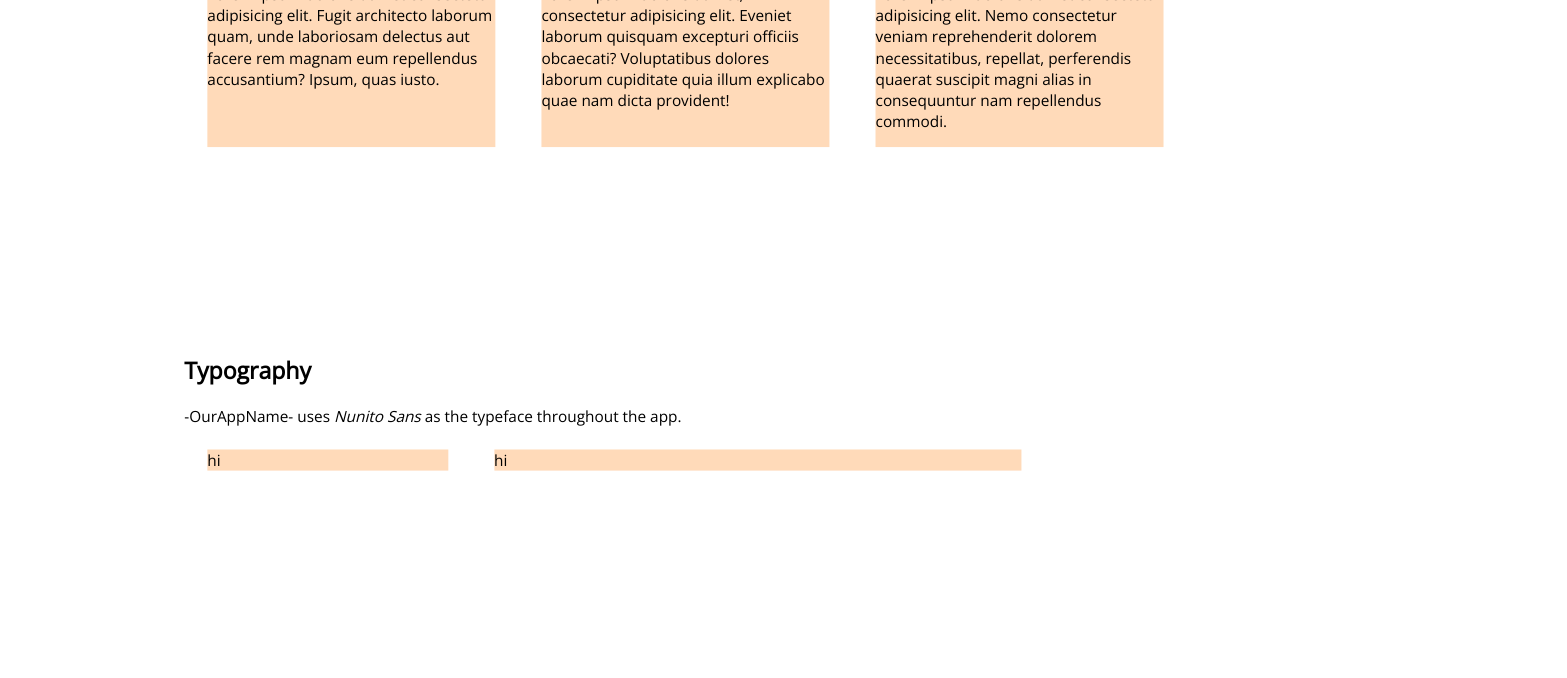
Repository: seohyun9672/Timearth-A6Styleguide
Page: page2.html
The author's editor kept a copy of each file at every save. The page is drawn from the files as they stood at one save, then again after the next save.
The browser window is 1280 px wide. The page is 1632 px wide, so the pictures cover 1632 px, including what lies to the right of the window. The pictures show the part of the page from y = 1470 to 2198 px (the page is 2176 px tall before and 2198 px after), at 96% of full size.

Above is the page before, as saved 2022-03-19 17:11:49.

### page2.html
<!DOCTYPE html>
<html lang="en">

<head>
    <meta charset="UTF-8">
    <meta http-equiv="X-UA-Compatible" content="IE=edge">
    <meta name="viewport" content="width=device-width, initial-scale=1.0">
    <title>Document</title>
    <link rel="stylesheet" href="stylesheet.css">
</head>

<body>
    <ul class="navbar">
        <li><a href="/page1.html">App Name</a></li>
        <div class="navbar-active">
            <li><a href="/page1.html">Logo</a></li>
            <li><a href="/page2.html">Colour & Typography</a></li>
            <li><a href="/page3.html">Imagery & Graphics</a></li>
            <li><a href="/ref.html">Reference</a></li>
        </div>
    </ul>
    <section class="color-palette page2">
        <h1>Color Palette</h1>
        <img class="palette" src="https://placekitten.com/1440/100">
    <div>
        <h2>Description of colour palette</h2>
        <p>Lorem ipsum dolor sit amet, consectetur adipisicing elit. Culpa neque mollitia quae asperiores ad odit vitae iste minima totam harum distinctio qui beatae ea ut et adipisci, excepturi at iusto reprehenderit reiciendis fugit fuga nisi. Eligendi ut magni adipisci nulla architecto reprehenderit? Nemo eos accusamus optio nobis distinctio veritatis eius.</p>
    </div>
    <div></div>
    <div class="col-2">
        <div class="col">
            <img src="https://placekitten.com/200/600">
        </div>
        <div class="col">hi</div>
    </div>
    <div class="row col-3">
        <div class="col">
          <img src="https://placekitten.com/300/200">
          <p>Lorem ipsum dolor sit amet consectetur adipisicing elit. Fugit architecto laborum quam, unde laboriosam delectus aut facere rem magnam eum repellendus accusantium? Ipsum, quas iusto.</p>
        </div>
        <div class="col">
            <img src="https://placekitten.com/300/200">
            <p>Lorem ipsum dolor sit amet, consectetur adipisicing elit. Eveniet laborum quisquam excepturi officiis obcaecati? Voluptatibus dolores laborum cupiditate quia illum explicabo quae nam dicta provident!</p>
        </div>
        <div class="col">
            <img src="https://placekitten.com/300/200">
            <p>Lorem ipsum dolor sit amet consectetur adipisicing elit. Nemo consectetur veniam reprehenderit dolorem necessitatibus, repellat, perferendis quaerat suscipit magni alias in consequuntur nam repellendus commodi.</p>
        </div>
    </div>
</section>
    <section class="typo page2">
        <h1>Typography</h1>
        <div>
            -OurAppName- uses <em>Nunito Sans</em> as the typeface throughout the app.
        </div>
        <div class="col-2">
            <div class="col">hi</div>
            <div class="col">hi</div>
        </div>
    </section>
</body>
</html>

### stylesheet.css
@import url('https://fonts.googleapis.com/css2?family=Nunito+Sans&family=Open+Sans&display=swap');

body{
    margin: 0;
    font-family: 'open sans', san-serif;
  }

/* NAVBAR */

ul {
  list-style-type: none;
  margin: 0;
  padding: 0;
  overflow: hidden;
  background-color: #333;
}

li {
  float: left;
}

li a {
  display: block;
  color: white;
  text-align: center;
  padding: 14px 16px;
  text-decoration: none;
}

li a:hover {
  background-color: #111;
}

.navbar-active{
    float: right;
}

/* LOGO */

.section-logo {
    display: flex;
    flex-direction: column;
    justify-content: flex-start;
    align-items: center;
}

.logo-description {
    display: flex;
}
.logo-variation {
    display: flex;
    justify-content: space-evenly;
}

.logo-colourpalette {
    display: flex;
    width: 100%;
    justify-content: space-between;
}

.section-cont {
    width: 940px;
}
.colour-cont {
    display: flex;
    flex-direction: column;
}
.colour-name {
    font-weight: bold;
}

.logo-typography {
    display: flex;
}

.logo-usage {
    display: flex;
    flex-direction: column;
}

.logo-usage-desc {
    display: flex;
}

.section-cont colour {
    display: flex;
}

/* page 2 */
.page2 {
    margin:12em;
}
.col-3 {
    display:grid;
    grid-template-columns: 1fr 1fr 1fr;
}
.col-2 {
    display:grid;
    grid-template-columns: 1fr 2fr;
}
.col {
    background-color:peachpuff;
    margin:1.5em;
}

After the next save:
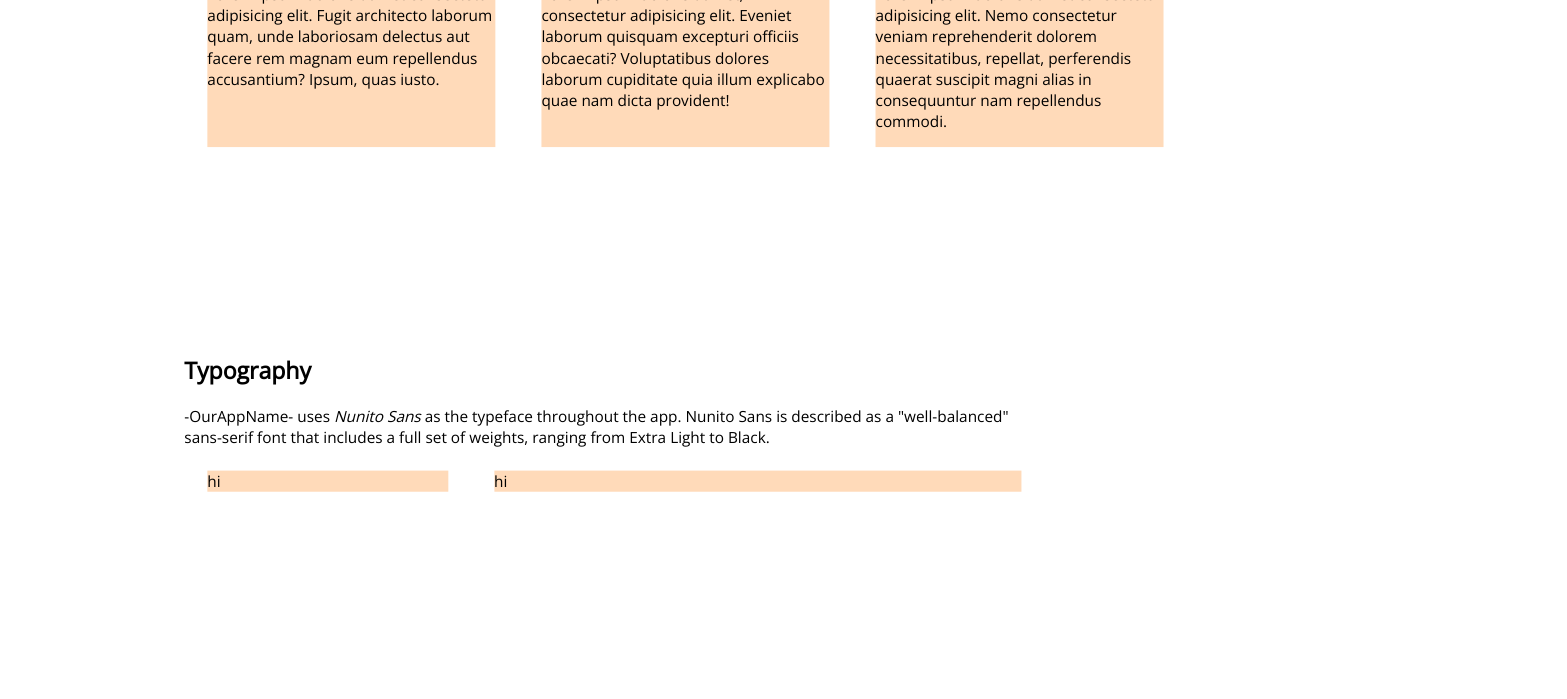
Saved 2 min 44 s later.
--- a/page2.html
+++ b/page2.html
@@ -1,62 +1,82 @@
 <!DOCTYPE html>
 <html lang="en">
+  <head>
+    <meta charset="UTF-8" />
+    <meta http-equiv="X-UA-Compatible" content="IE=edge" />
+    <meta name="viewport" content="width=device-width, initial-scale=1.0" />
+    <title>Document</title>
+    <link rel="stylesheet" href="stylesheet.css" />
+  </head>
 
-<head>
-    <meta charset="UTF-8">
-    <meta http-equiv="X-UA-Compatible" content="IE=edge">
-    <meta name="viewport" content="width=device-width, initial-scale=1.0">
-    <title>Document</title>
-    <link rel="stylesheet" href="stylesheet.css">
-</head>
-
-<body>
+  <body>
     <ul class="navbar">
-        <li><a href="/page1.html">App Name</a></li>
-        <div class="navbar-active">
-            <li><a href="/page1.html">Logo</a></li>
-            <li><a href="/page2.html">Colour & Typography</a></li>
-            <li><a href="/page3.html">Imagery & Graphics</a></li>
-            <li><a href="/ref.html">Reference</a></li>
-        </div>
+      <li><a href="/page1.html">App Name</a></li>
+      <div class="navbar-active">
+        <li><a href="/page1.html">Logo</a></li>
+        <li><a href="/page2.html">Colour & Typography</a></li>
+        <li><a href="/page3.html">Imagery & Graphics</a></li>
+        <li><a href="/ref.html">Reference</a></li>
+      </div>
     </ul>
     <section class="color-palette page2">
-        <h1>Color Palette</h1>
-        <img class="palette" src="https://placekitten.com/1440/100">
-    <div>
+      <h1>Color Palette</h1>
+      <img class="palette" src="https://placekitten.com/1440/100" />
+      <div>
         <h2>Description of colour palette</h2>
-        <p>Lorem ipsum dolor sit amet, consectetur adipisicing elit. Culpa neque mollitia quae asperiores ad odit vitae iste minima totam harum distinctio qui beatae ea ut et adipisci, excepturi at iusto reprehenderit reiciendis fugit fuga nisi. Eligendi ut magni adipisci nulla architecto reprehenderit? Nemo eos accusamus optio nobis distinctio veritatis eius.</p>
-    </div>
-    <div></div>
-    <div class="col-2">
+        <p>
+          Lorem ipsum dolor sit amet, consectetur adipisicing elit. Culpa neque
+          mollitia quae asperiores ad odit vitae iste minima totam harum
+          distinctio qui beatae ea ut et adipisci, excepturi at iusto
+          reprehenderit reiciendis fugit fuga nisi. Eligendi ut magni adipisci
+          nulla architecto reprehenderit? Nemo eos accusamus optio nobis
+          distinctio veritatis eius.
+        </p>
+      </div>
+      <div></div>
+      <div class="col-2">
         <div class="col">
-            <img src="https://placekitten.com/200/600">
+          <img src="https://placekitten.com/200/600" />
         </div>
         <div class="col">hi</div>
-    </div>
-    <div class="row col-3">
+      </div>
+      <div class="row col-3">
         <div class="col">
-          <img src="https://placekitten.com/300/200">
-          <p>Lorem ipsum dolor sit amet consectetur adipisicing elit. Fugit architecto laborum quam, unde laboriosam delectus aut facere rem magnam eum repellendus accusantium? Ipsum, quas iusto.</p>
+          <img src="https://placekitten.com/300/200" />
+          <p>
+            Lorem ipsum dolor sit amet consectetur adipisicing elit. Fugit
+            architecto laborum quam, unde laboriosam delectus aut facere rem
+            magnam eum repellendus accusantium? Ipsum, quas iusto.
+          </p>
         </div>
         <div class="col">
-            <img src="https://placekitten.com/300/200">
-            <p>Lorem ipsum dolor sit amet, consectetur adipisicing elit. Eveniet laborum quisquam excepturi officiis obcaecati? Voluptatibus dolores laborum cupiditate quia illum explicabo quae nam dicta provident!</p>
+          <img src="https://placekitten.com/300/200" />
+          <p>
+            Lorem ipsum dolor sit amet, consectetur adipisicing elit. Eveniet
+            laborum quisquam excepturi officiis obcaecati? Voluptatibus dolores
+            laborum cupiditate quia illum explicabo quae nam dicta provident!
+          </p>
         </div>
         <div class="col">
-            <img src="https://placekitten.com/300/200">
-            <p>Lorem ipsum dolor sit amet consectetur adipisicing elit. Nemo consectetur veniam reprehenderit dolorem necessitatibus, repellat, perferendis quaerat suscipit magni alias in consequuntur nam repellendus commodi.</p>
+          <img src="https://placekitten.com/300/200" />
+          <p>
+            Lorem ipsum dolor sit amet consectetur adipisicing elit. Nemo
+            consectetur veniam reprehenderit dolorem necessitatibus, repellat,
+            perferendis quaerat suscipit magni alias in consequuntur nam
+            repellendus commodi.
+          </p>
         </div>
-    </div>
-</section>
+      </div>
+    </section>
     <section class="typo page2">
-        <h1>Typography</h1>
-        <div>
-            -OurAppName- uses <em>Nunito Sans</em> as the typeface throughout the app.
-        </div>
-        <div class="col-2">
-            <div class="col">hi</div>
-            <div class="col">hi</div>
-        </div>
+      <h1>Typography</h1>
+      <div>
+        -OurAppName- uses <em>Nunito Sans</em> as the typeface throughout the
+        app. Nunito Sans is described as a "well-balanced" sans-serif font that includes a full set of weights, ranging from Extra Light to Black.
+      </div>
+      <div class="col-2">
+        <div class="col">hi</div>
+        <div class="col">hi</div>
+      </div>
     </section>
-</body>
+  </body>
 </html>
